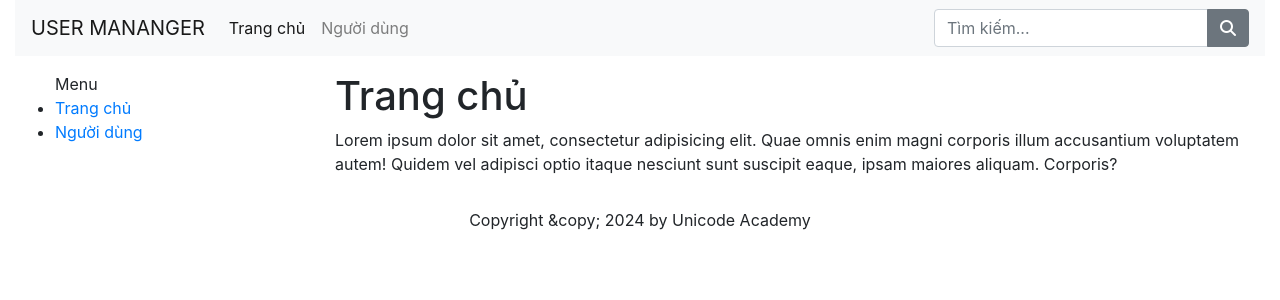
Repository: tam1512/USER_MANAGERMENT_MVC
Page: http://localhost/nguoi-dung
An editor plug-in stored every save of this project. The page is shown before and after the next save, followed by the edit.
The browser window is 1280 px wide. The pictures show the whole page.
The page is run by PHP 8.4 with error messages shown; the project is at /var/www/html/. Other server files are loaded and not shown.

Above is the page before, as saved 2024-04-04 11:03:31.

### index.php
<?php
use App\App;
session_start();
require_once 'bootstrap.php';

$app = new App();

### bootstrap.php
<?php
define("_WEB_PATH_ROOT", __DIR__);

//xử lý lấy ra web root
if(!empty($_SERVER['HTTPS']) && $_SERVER['HTTPS']=='on') {
   $protocol = 'https://';
} else {
   $protocol = 'http://';
}

$docRoot =  str_replace('\\','/',$_SERVER['DOCUMENT_ROOT']);
$pathRoot = str_replace('\\','/',_WEB_PATH_ROOT);
$path = preg_replace('~^'.$docRoot.'~', '', $pathRoot);
define("_WEB_HOST_ROOT", $protocol.$_SERVER['HTTP_HOST'].$path);

//load all config
$dataConfig = scandir('configs');
if(!empty($dataConfig)) {
   unset($dataConfig[0]);
   unset($dataConfig[1]);

   foreach($dataConfig as $item) {
      $path = "configs/$item";
      if(file_exists($path)) {
         require_once $path;
      }
   }
}

//load config Database and core database
if(!empty($config['database'])) {
   $config_data = $config['database'];

   if(!empty($config_data)) {
      require_once('core/Connection.php');
      require_once('core/QueryBuilder.php');
      require_once('core/Database.php');
      require_once('core/DB.php');
   }
}

//load all helpers
$dataHelper = scandir('app/helpers');
if(!empty($dataHelper)) {
   unset($dataHelper[0]);
   unset($dataHelper[1]);

   foreach($dataHelper as $item) {
      $path = "app/helpers/$item";
      if(file_exists($path)) {
         require_once $path;
      }
   }
}

//load all services
if(!empty($config['app']['services'])) {
   $allServices = $config['app']['services'];
   if(!empty($allServices)) {
      foreach($allServices as $service) {
         $className = getNameClass($service);
         $path = 'app/core/'.$className.'.php';
         if(file_exists($path)) {
            require_once($path);
      }
   }
}
}


// load core routes
require_once('core/Routes.php');

//load core session
require_once('core/Session.php');

//load core helper
require_once('core/Helper.php');

//load core request
require_once('core/Request.php');

//load core response
require_once('core/Response.php');

//load core model
require_once('core/Model.php');

//load core template
require_once('core/Template.php');

//load core controller
require_once('core/Controller.php');

//load core load
require_once('core/Load.php');

//load core load
require_once('core/View.php');

//load core load
require_once('core/ServiceProvider.php');

//load core load
require_once('app/core/AppServiceProvider.php');

//load core middlewares
require_once('core/Middlewares.php');

//load all middlewares
$dataMiddlewares = scandir('app/middlewares');
if(!empty($dataMiddlewares)) {
   unset($dataMiddlewares[0]);
   unset($dataMiddlewares[1]);

   foreach($dataMiddlewares as $item) {
      $path = "app/middlewares/$item";
      if(file_exists($path)) {
         require_once $path;
      }
   }
}

//load app
require_once('app/App.php');

### configs/app.php
<?php
use App\Core\AppServiceProvider;
use App\Core\htmlHelper;
use App\Middlewares\AuthMiddleware;
use App\Middlewares\ParamsMiddleware;
$config['app'] = [
   'services' => [
      htmlHelper::class
   ],
   'routeMiddleware' => [
      // 'san-pham' => AuthMiddleware::class
   ],
   'globalMiddleware' => [
      // ParamsMiddleware::class
   ],
   'boot' => [
      AppServiceProvider::class
   ]
   ];

### configs/database.php
<?php
$config['database'] = [
   'host' => 'localhost',
   'user' => 'root',
   'pass' => '',
   'db' => 'mvc_base',
   'dbdriver' => 'mysql'
];

### configs/routes.php
<?php
$routes['default_controller'] = 'home';

$routes['trang-chu'] = 'home';
$routes['nguoi-dung'] = 'user';
// $routes['san-pham/(.+)'] = 'product/detail/$1';

### configs/session.php
<?php
$config['session'] = [
   'session_key' => 'unicode_session'
];

### core/Connection.php
<?php
namespace App\Core;
use \PDO;
use \Exception;
use App\App;
class Connection {
   private static $conn;


   private function __construct($config_data) {
      try {
         if (class_exists('PDO')) {
            $dsn = $config_data['dbdriver'] . ':dbname=' . $config_data['db'] . ';host=' . $config_data['host'];

            $options = [
               PDO::MYSQL_ATTR_INIT_COMMAND => 'SET NAMES utf8',
               PDO::ATTR_ERRMODE => PDO::ERRMODE_EXCEPTION //Đẩy lỗi vào ngoại lệ truy vấn
            ];

               self::$conn = new PDO($dsn, $config_data['user'], $config_data['pass'], $options);
         }
      } catch (Exception $e) {
         App::$app->loadError('database', ['message' => $e->getMessage()]);
         exit();
      }
   }


   public static function getInstance($config_data) {
      if(self::$conn == null) {
         new Connection($config_data);
      }
      return self::$conn;
   }
}

### core/QueryBuilder.php
<?php
namespace App\Core;
trait QueryBuilder {
   private $tableName = '';
   private $where = '';
   private $field = '*';
   private $join = '';
   private $limit = '';
   private $orderBy = '';

   public function table($tableName) {
      $this->tableName = $tableName;
      return $this;
   }

   public function select($field) {
      $this->field = $field;
      return $this;
   }

   public function where($field, $compare, $value) {
      if(empty($this->where)) {
         $this->where = " WHERE $field $compare '$value'";
      } else {
         $this->where .= " AND $field $compare '$value'";
      }

      return $this;
   }

   public function orWhere($field, $compare, $value) {
      if(empty($this->where)) {
         $this->where = " WHERE $field $compare '$value'";
      } else {
         $this->where .= " OR $field $compare '$value'";
      }

      return $this;
   }

   public function whereLike($field, $value) {
      if(empty($this->where)) {
         $this->where = " WHERE $field LIKE '$value'";
      } else {
         $this->where .= " AND $field LIKE '$value'";
      }

      return $this;
   }

   public function limit($number, $offset = 0) {
      $this->limit = " LIMIT $offset, $number";
      return $this;
   }

   public function orderBy($field, $type='ASC') {
      $fieldArr = array_filter(explode(',', $field));
      if(!empty($fieldArr) && count($fieldArr) >= 2) {
         //ORDER BY id ASC, fullname DESC (multi order by)
         $this->orderBy = " ORDER BY ".implode(', ', $fieldArr);
      } else {
         //ORDER BY id ASC
         $this->orderBy = " ORDER BY $field $type";
      }
      return $this;
   }
   public function join($name, $condition) {
         $this->join .= " INNER JOIN $name ON $condition";
         return $this;
   }

   public function leftJoin($name, $condition) {
         $this->join .= " LEFT JOIN $name ON $condition";
         return $this;
   }

   public function rightJoin($name, $condition) {
         $this->join .= " RIGHT JOIN $name ON $condition";
         return $this;
   }

   public function fullJoin($name, $condition) {
         $this->join .= " FULL OUTER JOIN $name ON $condition";
         return $this;
   }

   public function get() {
      $sql = "SELECT $this->field FROM $this->tableName $this->join $this->where $this->orderBy $this->limit";
      echo $sql;
      $this->resetQueryBuilder();
      return $this->getRaw($sql);
   }

   public function first() {
      $sql = "SELECT $this->field FROM $this->tableName $this->join $this->where $this->orderBy $this->limit";
      $this->resetQueryBuilder();
      return $this->firstRaw($sql);
   }

   public function insert($data) {
      return $this->insertData($this->tableName, $data);
   }

   public function lastId() {
      return $this->lastInsertId();
   }

   public function update($data) {
      $condition = trim(trim($this->where), 'WHERE');
      return $this->updateData($this->tableName, $data, $condition);
   }

   public function delete() {
      $condition = trim(trim($this->where), 'WHERE');
      return $this->deleteData($this->tableName, $condition);
   }

   public function count() {
      $sql = "SELECT $this->field FROM $this->tableName $this->join $this->where $this->orderBy $this->limit";
      $this->resetQueryBuilder();
      return $this->getRows($sql);
   }
   private function resetQueryBuilder() {
      $this->tableName = '';
      $this->where = '';
      $this->field = '*';
      $this->join = '';
      $this->limit = '';
      $this->orderBy = '';
   }
}

### core/Database.php
<?php
namespace App\Core;
use \Exception;
use \PDO;
class Database {
   use QueryBuilder;
   private $__conn = null;
   private $sql = null;
   public function __construct() {
      global $config_data;
      $this->__conn = Connection::getInstance($config_data);
   }

   public function query($sql, $data=[], $statementStatus = false) {
      $this->sql = $sql;
      $query = false;
      // echo $sql;
      try{
         $statement = $this->__conn->prepare($this->sql);
         if(empty($data)) {
            $query = $statement->execute();
         } else {
            $query = $statement->execute($data);
         }
      }catch(Exception $e){
         echo $e->getMessage();
         echo '<br/>';
         echo '<p><b>SQL Query :</b> <i>'.$this->sql.'</i></p>';
         exit();
      }

      if($statementStatus && $query) {
         return $statement;
      }

      return $query;
   }

   private function fetch($sql) {
      $statement = $this->query($sql, [], true);

      if(is_object($statement)) {
         return $statement;
      }
      return false;
   }

   function getRaw($sql) {
      $statement = $this->fetch($sql);

      if(!empty($statement)) {
         return $statement->fetchAll(PDO::FETCH_ASSOC);
      }
      return false;
   }

   function firstRaw($sql) {
      $statement = $this->fetch($sql);

      if(!empty($statement)) {
         return $statement->fetch(PDO::FETCH_ASSOC);
      }
      return false;
   }

   function insertData($table, $dataInsert) {
      $arrKeys = array_keys($dataInsert);
      $fieldStr = implode(', ', $arrKeys);

      $valueStr = ':'.implode(', :', $arrKeys);

      $sql = "INSERT INTO $table($fieldStr) VALUES ($valueStr);";

      return $this->query($sql, $dataInsert);
   }

   function updateData($table, $dataUpdate, $condition) {
      $updateStr = '';
      foreach($dataUpdate as $key => $value) {
         $updateStr .= $key.' = :'.$key . ', ';
      }
      $updateStr = rtrim($updateStr, ', ');

      if(empty($condition)) {
         $sql = "UPDATE $table SET $updateStr";
      } else {
         $sql = "UPDATE $table SET $updateStr WHERE $condition";
      }
      return $this->query($sql, $dataUpdate);
   }
   function deleteData($table, $condition = '') {
      $sql = '';
      if(empty($condition)) {
         $sql = "DELETE FROM $table";
      } else {
         $sql = "DELETE FROM $table WHERE $condition";
      }

      return $this->query($sql);
   }

   // Lấy ra số dòng truy vấn
   function getRows($sql) {
      $statement = $this->fetch($sql);
      if(!empty($statement)) {
         return $statement->rowCount();
      }
      return false;
   }

   // Lấy ra id vừa insert
   function lastInsertId() {
      return $this->__conn->lastInsertId();
   }

   function getPdo() {
      return $this->__conn;
   }
}

### core/DB.php
<?php
namespace App\Core;
class DB {
   public $db = null;

   public function __construct() {
      $this->db = new Database();
   }
}

### app/helpers/functions.php
<?php
   function getNameClass($namespace) {
      if(preg_match('~\\\~', $namespace)) {
         $namespaceArr = explode('\\', $namespace);
         $className = end($namespaceArr);
      } else {
         $className = $namespace;
      }
      return $className;
   }

### app/core/htmlHelper.php
<?php
namespace App\Core;
class htmlHelper {
   static function openForm($method='get', $action ='') {
      echo '<form method="'.$method.'" action="'.$action.'">';
   }
   static function closeForm() {
      echo '</form>';
   }

   static function input($before='', $after='', $type='text', $name, $value='', $class='', $id='', $placeholder='') {
      echo $before.'<input type="'.$type.'" class="'.$class.'" id="'.$id.'" name="'.$name.'" value ="'.$value.'" placeholder="'.$placeholder.'">'.$after;
   }

   static function button($before="", $after='', $type='button', $class='', $id='', $content, $name='') {
      echo $before.'<button type="'.$type.'" class="'.$class.'" id="'.$id.'" name="'.$name.'">'.$content.'</button>'.$after;
   }
}

### core/Routes.php
<?php
namespace App\Core;
class Routes {
   private $__routeKey;
   public function handleRoutes($url) {
      global $routes;
      unset($routes['default_controller']);
      $urlHandle = trim($url, '/');
      if(!empty($routes)) {
         foreach($routes as $key=>$value) {
            if(preg_match('~^'.$key.'$~is', $urlHandle)) {
               $urlHandle = preg_replace('~^'.$key.'$~is', $value, $urlHandle);
               $this->__routeKey = $key;
            }
         }
      }
      return $urlHandle;
   }

   public function getRouteKey() {
      return $this->__routeKey;
   }
}

### core/Session.php
<?php
namespace App\Core;
use App\App;
class Session {
   public static function data($key='', $value='') {
      $sessionKey = self::isInvalid();

      if(!empty($sessionKey)) {
         if(!empty($key)) {
            if(!empty($value)) {
               $_SESSION[$sessionKey][$key] = $value;
               return true;
            } else {
               if(isset($_SESSION[$sessionKey][$key]))
               return $_SESSION[$sessionKey][$key];
            }
         } else {
            if(isset($_SESSION[$sessionKey]))
            return $_SESSION[$sessionKey];
         }
      }
      return false;
   }

   public static function delete($key='') {
      $sessionKey = self::isInvalid();
      if(!empty($sessionKey)) {
         if(!empty($key)) {
            unset($_SESSION[$sessionKey][$key]);
            return true;
         } else {
            unset($_SESSION[$sessionKey]);
            return true;
         }
      }
      return false;
   }

//tạo => tương tự data, gọi => tự động xóa
   public static function flash($key='', $value='') {
      $flashData = self::data($key, $value);
      if(empty($value)) {
         self::delete($key);
         return $flashData;
      }
   }

   static public function showErrors($message) {
      $data = ['message' => $message];
      App::$app->loadError('exception', $data);
      die();
   }

   static public function isInvalid() {
      global $config;
      if(!empty($config['session'])) {
         $sessionConfig = $config['session'];
         if(!empty($sessionConfig['session_key'])) {
            $sessionKey = $sessionConfig['session_key'];
            return $sessionKey;
         } else {
            self::showErrors('Thiếu cấu hình session_key. Vui lòng kiểm tra file configs/session.php');
         }
      } else {
         self::showErrors('Thiếu cấu hình session_key. Vui lòng kiểm tra file configs/session.php');
      }
      return false;
   }
}

### core/Helper.php
<?php
use App\core\Session;
$errors = Session::flash('errors');
$old = Session::flash('old');

if(!function_exists('form_error')) {
   function form_error($fieldName, $before='', $after='') {
      global $errors;
      if(!empty($errors[$fieldName])) {
         return $before.'<i>'.$errors[$fieldName].'</i>'.$after;
      }
      return false;
   }
}

if(!function_exists('old')) {
   function old($fieldName, $default = '') {
      global $old;
      if(!empty($old[$fieldName])) {
         return $old[$fieldName];
      }
      return $default;
   }
}

### core/Response.php
<?php
namespace App\Core;
class Response {
   public function redirect($uri = '') {
      if(preg_match('~~^http|https~', $uri)) {
         $url = $uri;
      } else {
         $url = _WEB_HOST_ROOT.'/'.$uri;
      }
      header('Location: '.$url);
      exit();
   }
}

### core/Model.php
<?php
namespace App\Core;
abstract class Model extends Database{
   protected $db;
   public function __construct() {
      $this->db = new Database();
   }

   abstract function tableFill();
   abstract function fieldFill();
   abstract function primaryKey();

   function all($condition = '') {
      $table = $this->tableFill();
      $field = $this->fieldFill();
      if(empty($field)) {
         $field = '*';
      }
      if(empty($condition)) {
         $query = "SELECT $field FROM $table";
      } else {
         $query = "SELECT $field FROM $table WHERE $condition";
      }

      $data = $this->db->getRaw($query);

      return $data;
   }

   function find($id) {
      $table = $this->tableFill();
      $field = $this->fieldFill();
      $primaryKey = $this->primaryKey();
      if(empty($field)) {
         $field = '*';
      }
      $query = "SELECT $field FROM $table WHERE $primaryKey = $id";

      $data = $this->db->firstRaw($query);

      return $data;
   }
}

### core/Controller.php
<?php
namespace App\Core;
class Controller {
   public $db = null;
   public function model($model) {
      $path = _WEB_PATH_ROOT.'\app\models\\'.$model.'.php';
      if(file_exists($path)) {
         require_once $path;

         $nameClass = 'App\Models\\'.$model;
         if(class_exists($nameClass)) {
            $model = new $nameClass();
            return $model;
         }

      }
      return false;
   }

   public function render($view, $data = []) {
      if(!empty(View::$dataShare)) {
         $data = array_merge($data, View::$dataShare);
      }
      $path = _WEB_PATH_ROOT."\app\\views\\".$view.".php";
      if(preg_match('~^layout~', $view)) {
         if(file_exists($path)) {
            extract($data);
            require_once($path);
         }
      } else {
         if(file_exists($path)) {
            $contentView = file_get_contents($path);
            $template = new Template();
            $template->run($contentView, $data);
         }
      }
   }
}

?>

### core/Load.php
<?php
namespace App\Core;
class Load {
   public static function model($model) {
      $path = _WEB_PATH_ROOT.'\app\models\\'.$model.'.php';
      if(file_exists($path)) {
         require_once $path;

         $nameClass = 'App\Models\\'.$model;
         if(class_exists($nameClass)) {
            $model = new $nameClass();
            return $model;
         }

      }
      return false;
   }

   public static function render($view, $data = []) {
      extract($data);
      $path = _WEB_PATH_ROOT."\app\\views\\".$view.".php";
      if(file_exists($path)) {
         require_once($path);
      }
   }
}

?>

### core/View.php
<?php
namespace App\Core;
abstract class View {
   static $dataShare = [];
   static function share($data) {
      self::$dataShare = $data;
   }
}

### core/ServiceProvider.php
<?php
namespace App\Core;
abstract class ServiceProvider {
   public $db;
   abstract function boot();
}

### app/core/AppServiceProvider.php
<?php
namespace App\Core;
class AppServiceProvider extends ServiceProvider {
   public function boot() {
      // $data['userInfo'] = $this->db->table('users')->where('id', '=', 1)->first();
      // $data['copyright'] = 'Copyright (c) 2024';
      // View::share($data);
   }
}

### core/Middlewares.php
<?php
namespace App\Core;
abstract class Middlewares {
   public $db;
   abstract function handle();
}

### app/middlewares/AuthMiddleware.php
<?php
namespace App\Middlewares;
use App\Core\{Middlewares, Session, Response};

class AuthMiddleware extends Middlewares {

   public function handle() {
      // if(empty(Session::data('login_admin'))) {
      //    $response = new Response();
      //    $response->redirect('trang-chu');
      // }
   }
}

### app/middlewares/GuestMiddleware.php
<?php
namespace App\Middlewares;
use App\Core\{Middlewares, Session, Response};
use App\App;

class GuestMiddleware extends Middlewares {

   public function handle() {
      $path = trim(App::$app->getUrl(), '/');
      $include = [
         'dang-nhap',
         'dang-ky'
      ];
      if(in_array($path, $include) && Session::data('user_login')) {
         $response = new Response();
         $response->redirect('');
      }
   }
}

### app/middlewares/LoginMiddleware.php
<?php
namespace App\Middlewares;
use App\Core\{Middlewares, Session, Response};

class LoginMiddleware extends Middlewares {

   public function handle() {
   //todo
   }
}

### app/middlewares/ParamsMiddleware.php
<?php
namespace App\Middlewares;
use App\Core\{Middlewares, Response};
use App\App;
class ParamsMiddleware extends Middlewares {
   public function handle() {
      // if(!empty($_SERVER['QUERY_STRING'])) {
      //    $response = new Response();
      //    $response->redirect(trim(App::$app->getUrl(), '/'));
      // }
   }
}

### app/controllers/Home.php
<?php
namespace App\Controllers;
use App\Core\{Controller, Request, Response, Session, View};
class Home extends Controller {
   private $model, $data = [];
   public function __construct() {
      $this->model = $this->model("Home");
   }
   public function index() {
      $this->data = [
         'header_content' => [
            'title' => 'Trang chủ'
         ],
         'footer_content' => [
            'copyright' => 'Copyright &copy; 2024 by Unicode Academy'
         ],
         'content' => 'user/index',
         'sub_content' => [
            'title' => 'Trang chủ'
         ]
      ];
      $this->render('layouts/layout', $this->data);
   }
}

### app/models/Home.php
<?php
namespace App\Models;
use App\Core\Model;
class Home extends Model{
   private $table = 'products';

   function tableFill() {
      return 'users';
   }

   function fieldFill() {
      return 'id, fullname';
   }

   function primaryKey() {
      return 'id';
   }
   public function index() {
      $data = [
         'fullname' => 'Thanh Tam',
         'email' => 'thanh.tam@gmail.com',
         'password' => '123456789'
      ];
      return $this->db->table('users')->count();
   }
   public function getList() {
      $data = [
         'sp1',
         'sp2',
         'sp3',
         'sp4',
      ];
      return $data;
   }
}

### app/views/layouts/layout.php
<?php
   $this->render('blocks\clients\header', $header_content);
   $this->render('blocks\clients\sidebar');
   $this->render($content, $sub_content);
   $this->render('blocks\clients\footer', $footer_content);
?>

### app/views/blocks/clients/header.php
<!DOCTYPE html>
<html lang="en">
<head>
   <meta charset="UTF-8">
   <meta name="viewport" content="width=device-width, initial-scale=1.0">
   <title>{{$title}}</title>
   <link rel="stylesheet" href="https://cdnjs.cloudflare.com/ajax/libs/font-awesome/6.5.1/css/all.min.css"/>
   <link rel="stylesheet" href="https://cdn.jsdelivr.net/npm/bootstrap@4.6.2/dist/css/bootstrap.min.css">
   <link rel="stylesheet" href="{{_WEB_HOST_ROOT}}/public/assets/clients/css/style.css">
</head>
<body>
   <div class="container-fluid">
      <header>
         <nav class="navbar navbar-expand-lg navbar-light bg-light">
            <a href="{{_WEB_HOST_ROOT}}" class="navbar-brand">USER MANANGER</a>
            <button class="navbar-toggler" type="button" data-toggle="collapse" data-target="#navbar">
               <span class="navbar-toggle-icon"></span>
            </button>
            <div class="collapse navbar-collapse" id="navbar">
               <ul class="navbar-nav mr-auto">
                  <li class="nav-item active">
                     <a href="{{_WEB_HOST_ROOT}}" class="nav-link">Trang chủ</a>
                  </li>
                  <li class="nav-item">
                     <a href="{{_WEB_HOST_ROOT}}/nguoi-dung" class="nav-link">Người dùng</a>
                  </li>
               </ul>
               <form action="">
                  <div class="form-inline my-2 my-lg-0">
                     <div class="input-group">
                        <input type="text" class="form-control" placeholder="Tìm kiếm...">
                        <div class="input-group-append">
                           <button class="btn btn-secondary" type="submit">
                           <i class="fa fa-search"></i>
                           </button>
                        </div>
                     </div>
                  </div>
               </form>
            </div>
         </nav>
      </header>
      <main class="py-3">

### app/views/blocks/clients/sidebar.php
<div class="row">
   <div class="col-3">
      <ul class="d-flex flex-column"> Menu
         <li><a href="{{_WEB_HOST_ROOT}}">Trang chủ</a></li>
         <li><a href="{{_WEB_HOST_ROOT}}/nguoi-dung">Người dùng</a></li>
      </ul>
   </div>

### app/views/user/index.php
<div class="col-9">
   <h1>{{$title}}</h1>
   <p>Lorem ipsum dolor sit amet, consectetur adipisicing elit. Quae omnis enim magni corporis illum accusantium voluptatem autem! Quidem vel adipisci optio itaque nesciunt sunt suscipit eaque, ipsam maiores aliquam. Corporis?</p>
</div>

### app/views/blocks/clients/footer.php

      </main>
      <footer>
         <p class="text-center">{{$copyright}}</p>
      </footer>
   </div>
   <script src="https://cdn.jsdelivr.net/npm/jquery@3.5.1/dist/jquery.slim.min.js"></script>
   <script src="https://cdn.jsdelivr.net/npm/bootstrap@4.6.2/dist/js/bootstrap.bundle.min.js"></script>
   <script src="{{_WEB_HOST_ROOT}}/public/assets/clients/js/app.js"></script>
</body>
</html>

### public/assets/clients/css/style.css
* {
   box-sizing: border-box;
}

Loaded but not shown: public/assets/clients/js/app.js (1 lines, source omitted); core/Request.php (176 lines, source omitted); app/App.php (184 lines, source omitted); core/Template.php (140 lines, source omitted)

After the next save:
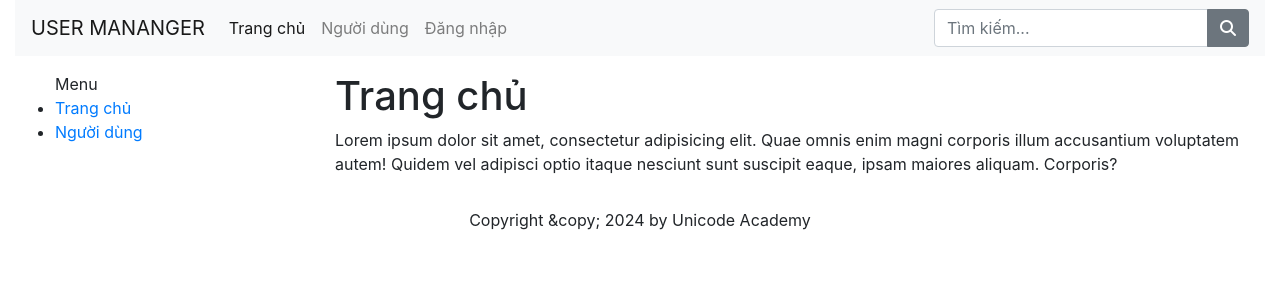
Saved 46 s later.
--- a/app/views/blocks/clients/header.php
+++ b/app/views/blocks/clients/header.php
@@ -24,6 +24,9 @@
                   <li class="nav-item">
                      <a href="{{_WEB_HOST_ROOT}}/nguoi-dung" class="nav-link">Người dùng</a>
                   </li>
+                  <li class="nav-item">
+                     <a href="{{_WEB_HOST_ROOT}}/auth/login" class="nav-link">Đăng nhập</a>
+                  </li>
                </ul>
                <form action="">
                   <div class="form-inline my-2 my-lg-0">
